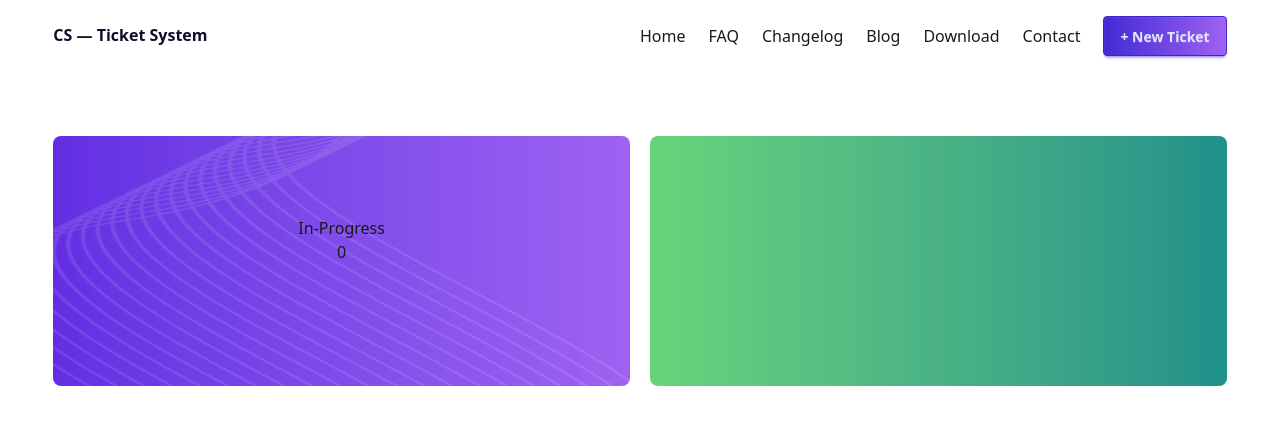
Repository: SanjidaSnigdha/Customer-Support-Zone
Page: /
An editor plug-in stored every save of this project. The page is shown before and after the next save, followed by the edit.
The browser window is 1280 px wide. The pictures show the whole page.
The project was rebuilt for these pictures with package versions that can differ from the ones it lists, and the page was loaded fresh each time. Also part of the build but not shown: vite.config.js, src/App.css.

Above is the page before, as saved 2026-03-24 02:09:32.

### index.html
<!doctype html>
<html lang="en">
  <head>
    <meta charset="UTF-8" />
    <link rel="icon" type="image/svg+xml" href="/favicon.svg" />
    <meta name="viewport" content="width=device-width, initial-scale=1.0" />
    <title>customer-support-zone</title>
  </head>
  <body>
    <div id="root"></div>
    <script type="module" src="/src/main.jsx"></script>
  </body>
</html>

### src/index.css
 @import "tailwindcss";
 @plugin "daisyui" {
  themes: light --default, dark --prefersdark;
  themes: light --default;
 }

### src/App.jsx
import { useState } from 'react'
import './App.css'
import Navbar from './component/Navbar/Navbar'
import Banner from './component/Banner/Banner'

function App() {
  const [count, setCount] = useState(0)

  return (
    <>
   <Navbar></Navbar>
   <Banner></Banner>
    </>
  )
}

export default App

### src/component/Navbar/Navbar.jsx
import React from 'react';

const Navbar = () => {
    return (
        <div className='flex justify-between w-11/12 mx-auto mt-4'>
            <div className='navbar-start'>
                <h1 className='w-[833px] h-[26px] font-bold text-[#130B2D]'>CS — Ticket System</h1>
            </div>
            <div className='navbar-end justify-between gap-3 text-[#000000]/90'>
                <a>Home</a>
                <a>FAQ</a>
                <a>Changelog</a>
                <a>Blog</a>
                <a>Download</a>
                <a>Contact</a>
         <button className='btn btn-primary bg-gradient-to-r from [#632EE3] to-[#9F62F2]'>+ New Ticket</button>
            </div>
        </div>
    );
};

export default Navbar;

### src/component/Banner/Banner.jsx
import React from 'react';
import vectorImg1 from '../../assets/vector1.png'
import vectorImg2 from '../../assets/vector2.png'

const Banner = () => {
    return (
        <div className='flex justify-between w-11/12 mx-auto mt-20 gap-5'>
            <div className='relative'>
             <img src={vectorImg1} alt="" className=' bg-gradient-to-r from-[#632EE3] to-[#9F62F2] w-[700px] h-[250px] rounded-[8px]'/>
             <p className='absolute text-center inset-20'>In-Progress<br />0</p>

            </div>
            <img src={vectorImg2} alt="" className='bg-gradient-to-r from-[#54CF68] to-[#00827A] w-[700px] h-[250px] rounded-[8px]'/>
        </div>
    );
};

export default Banner;

Loaded but not shown: src/main.jsx (common file)

After the next save:
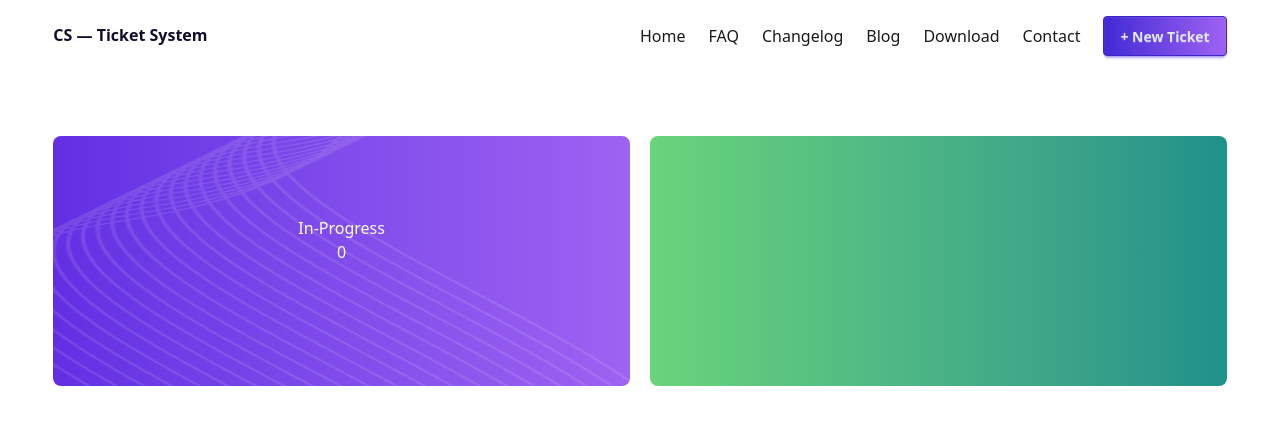
Saved 34 s later.
--- a/src/component/Banner/Banner.jsx
+++ b/src/component/Banner/Banner.jsx
@@ -7,7 +7,7 @@ const Banner = () => {
         <div className='flex justify-between w-11/12 mx-auto mt-20 gap-5'>
             <div className='relative'>
              <img src={vectorImg1} alt="" className=' bg-gradient-to-r from-[#632EE3] to-[#9F62F2] w-[700px] h-[250px] rounded-[8px]'/>
-             <p className='absolute text-center inset-20'>In-Progress<br />0</p>
+             <p className='absolute text-center inset-20 text-[#FFFFFF]'>In-Progress<br />0</p>
 
             </div>
             <img src={vectorImg2} alt="" className='bg-gradient-to-r from-[#54CF68] to-[#00827A] w-[700px] h-[250px] rounded-[8px]'/>
